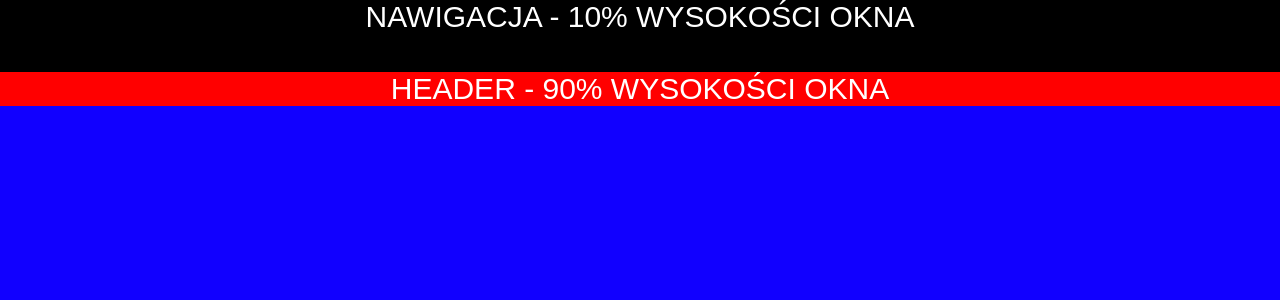
Repository: jasonj2333/advance_CSS
Page: 01-Header, Nav/start.html
An editor plug-in stored every save of this project. The page is shown before and after the next save, followed by the edit.
The browser window is 1280 px wide. The pictures show the whole page.

Above is the page before, as saved 2019-04-23 18:46:02.

After the next save:
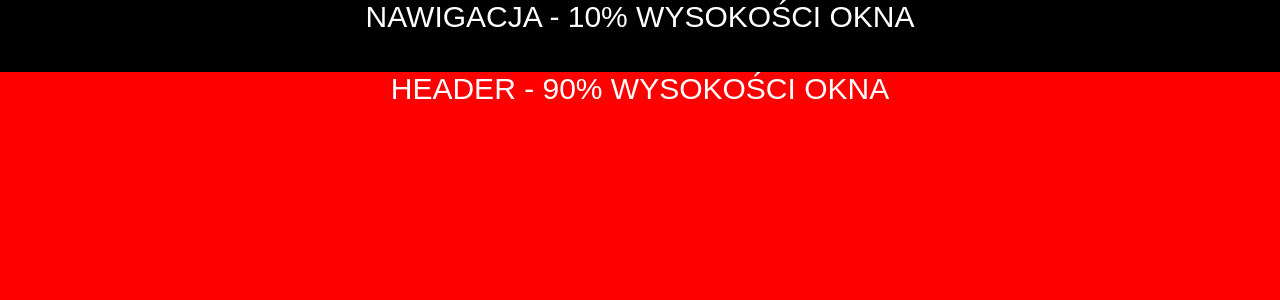
Saved 13 s later.
--- a/01-Header, Nav/start.html
+++ b/01-Header, Nav/start.html
@@ -32,7 +32,7 @@
             position: fixed;
             top: 10vh;
             left: 0;
-            */ height: 90vh;
+            height: 90vh;
             width: 100%;
 
         }
